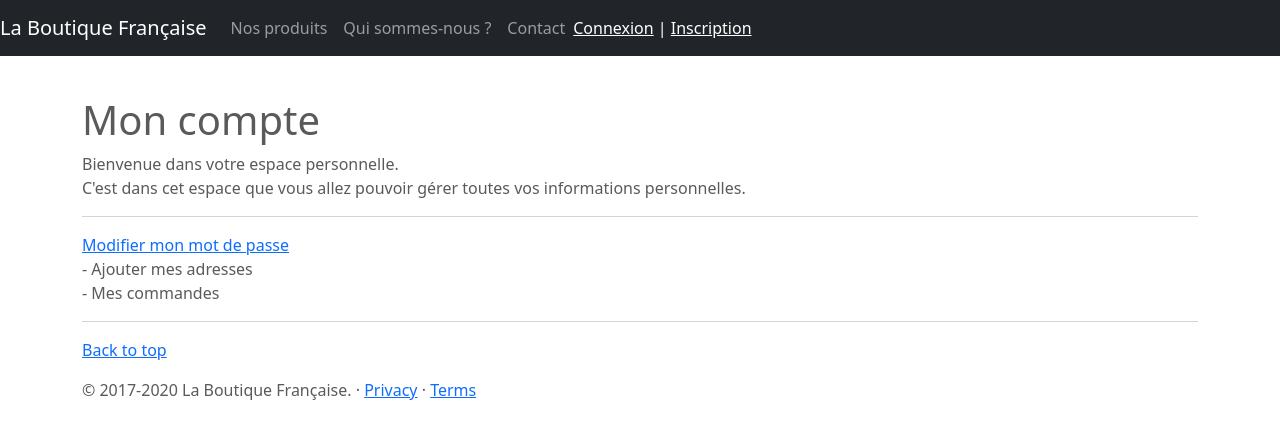
Repository: Coulibaly00180/laboutiquefrancaise
Page: templates/account/index.html.twig
These files come from the project's save history. The page is drawn as it stood at one moment and after the next save; the edit follows.
The browser window is 1280 px wide. The pictures show the whole page.
The page is a Twig template of a Symfony application; nobody is signed in and links lead nowhere. The template is opened directly, without the code that normally fills it, so the values that code supplies are empty.

Above is the page before, as saved 2023-03-03 17:48:07.

### templates/account/index.html.twig
{% extends 'base.html.twig' %}

{% block title %}Mon compte - La Boutique Française{% endblock %}

{% block content %}
    <h1>Mon compte</h1>
    Bienvenue {{ app.user.firstName}} dans votre espace personnelle. <br>
    C'est dans cet espace que vous allez pouvoir gérer toutes vos informations personnelles.<br>
    <hr>
    <a href="{{ path('app_account_password') }}">Modifier mon mot de passe</a> <br>
    -   Ajouter mes adresses<br>
    -   Mes commandes<br>
    <hr>
{% endblock %}

### templates/base.html.twig
<!doctype html>
<html lang="fr">
<head>
    <meta charset="utf-8">
    <meta name="viewport" content="width=device-width, initial-scale=1, shrink-to-fit=no">
    <meta name="description" content="">
    <meta name="author" content="Coulibaly Abdoulaye Christian">
    <meta name="generator" content="Jekyll v4.1.1">
    <title>{% block title %}La Boutique Française - 100% Made in French{% endblock %}</title>

    <!-- Bootstrap core CSS -->
    <link href="{{ asset('assets/css/bootstrap.min.css') }}" rel="stylesheet">
    <link href="{{ asset('assets/css/style.css') }}" rel="stylesheet">

    <style>
        .bd-placeholder-img {
            font-size: 1.125rem;
            text-anchor: middle;
            -webkit-user-select: none;
            -moz-user-select: none;
            -ms-user-select: none;
            user-select: none;
        }

        @media (min-width: 768px) {
            .bd-placeholder-img-lg {
                font-size: 3.5rem;
            }
        }
    </style>
    <!-- Custom styles for this template -->
    <link href="{{ asset('assets/css/carousel.css') }}" rel="stylesheet">
</head>
<body>
    <header>
        <nav class="navbar navbar-expand-md navbar-dark fixed-top bg-dark">
            <a class="navbar-brand" href="{{path('app_home') }}">La Boutique Française</a>
            <button class="navbar-toggler" type="button" data-toggle="collapse" data-target="#navbarCollapse" aria-controls="navbarCollapse" aria-expanded="false" aria-label="Toggle navigation">
                <span class="navbar-toggler-icon"></span>
            </button>
            <div class="collapse navbar-collapse" id="navbarCollapse">
                <ul class="navbar-nav mr-auto">
                    <li class="nav-item active">
                        <a class="nav-link" href="#">Nos produits</a>
                    </li>
                    <li class="nav-item">
                        <a class="nav-link" href="#">Qui sommes-nous ?</a>
                    </li>
                    <li class="nav-item">
                        <a class="nav-link" href="#">Contact</a>
                    </li>
                </ul>

                <div class="navbar-item-custom">
                    {% if app.user %}
                        <a href=" {{path('app_account') }}">Mon compte <small>( {{app.user.lastName}} )</small></a> | <a href=" {{ path('app_logout') }}">Déconnexion</a>
                    {% else %}
                        <a href=" {{ path('app_login') }}">Connexion</a> | <a href="{{ path('app_register') }}">Inscription</a>
                    {% endif %}
                </div>

            </div>
        </nav>
    </header>

    <main role="main">

        {% if block('carousel') is defined %}

        <div id="myCarousel" class="carousel slide" data-ride="carousel">
            <ol class="carousel-indicators">
                <li data-target="#myCarousel" data-slide-to="0" class="active"></li>
                <li data-target="#myCarousel" data-slide-to="1"></li>
                <li data-target="#myCarousel" data-slide-to="2"></li>
            </ol>
            <div class="carousel-inner">
                <div class="carousel-item active">
                    <svg class="bd-placeholder-img" width="100%" height="100%" xmlns="http://www.w3.org/2000/svg" preserveAspectRatio="xMidYMid slice" focusable="false" role="img"><rect width="100%" height="100%" fill="#777"/></svg>
                    <div class="container">
                        <div class="carousel-caption text-left">
                            <h1>Example headline.</h1>
                            <p>Cras justo odio, dapibus ac facilisis in, egestas eget quam. Donec id elit non mi porta gravida at eget metus. Nullam id dolor id nibh ultricies vehicula ut id elit.</p>
                            <p><a class="btn btn-lg btn-primary" href="#" role="button">Sign up today</a></p>
                        </div>
                    </div>
                </div>
                <div class="carousel-item">
                    <svg class="bd-placeholder-img" width="100%" height="100%" xmlns="http://www.w3.org/2000/svg" preserveAspectRatio="xMidYMid slice" focusable="false" role="img"><rect width="100%" height="100%" fill="#777"/></svg>
                    <div class="container">
                        <div class="carousel-caption">
                            <h1>Another example headline.</h1>
                            <p>Cras justo odio, dapibus ac facilisis in, egestas eget quam. Donec id elit non mi porta gravida at eget metus. Nullam id dolor id nibh ultricies vehicula ut id elit.</p>
                            <p><a class="btn btn-lg btn-primary" href="#" role="button">Learn more</a></p>
                        </div>
                    </div>
                </div>
                <div class="carousel-item">
                    <svg class="bd-placeholder-img" width="100%" height="100%" xmlns="http://www.w3.org/2000/svg" preserveAspectRatio="xMidYMid slice" focusable="false" role="img"><rect width="100%" height="100%" fill="#777"/></svg>
                    <div class="container">
                        <div class="carousel-caption text-right">
                            <h1>One more for good measure.</h1>
                            <p>Cras justo odio, dapibus ac facilisis in, egestas eget quam. Donec id elit non mi porta gravida at eget metus. Nullam id dolor id nibh ultricies vehicula ut id elit.</p>
                            <p><a class="btn btn-lg btn-primary" href="#" role="button">Browse gallery</a></p>
                        </div>
                    </div>
                </div>
            </div>
            <a class="carousel-control-prev" href="#myCarousel" role="button" data-slide="prev">
                <span class="carousel-control-prev-icon" aria-hidden="true"></span>
                <span class="sr-only">Previous</span>
            </a>
            <a class="carousel-control-next" href="#myCarousel" role="button" data-slide="next">
                <span class="carousel-control-next-icon" aria-hidden="true"></span>
                <span class="sr-only">Next</span>
            </a>
        </div>

        {% endif %}


        <!-- Marketing messaging and featurettes
        ================================================== -->
        <!-- Wrap the rest of the page in another container to center all the content. -->

        <div class="container marketing {% if block('carousel') is not defined %} mt-5 {% endif %}">

            {% block content %}

            {% endblock %}

        </div><!-- /.container -->

        <!-- FOOTER -->
        <footer class="container">
            <p class="float-right"><a href="#">Back to top</a></p>
            <p>&copy; 2017-2020 La Boutique Française. &middot; <a href="#">Privacy</a> &middot; <a href="#">Terms</a></p>
        </footer>
    </main>
    <script src="https://code.jquery.com/jquery-3.5.1.slim.min.js"></script>
    <script src="{{ asset('assets/js/bootstrap.bundle.js') }}"></script>
</body>
</html>

### public/assets/css/style.css
.navbar-item-custom, .navbar-item-custom a{
    color: #fff;
}

### public/assets/css/carousel.css
/* GLOBAL STYLES
-------------------------------------------------- */
/* Padding below the footer and lighter body text */

body {
    padding-top: 3rem;
    padding-bottom: 3rem;
    color: #5a5a5a;
}


/* CUSTOMIZE THE CAROUSEL
-------------------------------------------------- */

/* Carousel base class */
.carousel {
    margin-bottom: 4rem;
}
/* Since positioning the image, we need to help out the caption */
.carousel-caption {
    bottom: 3rem;
    z-index: 10;
}

/* Declare heights because of positioning of img element */
.carousel-item {
    height: 32rem;
}
.carousel-item > img {
    position: absolute;
    top: 0;
    left: 0;
    min-width: 100%;
    height: 32rem;
}


/* MARKETING CONTENT
-------------------------------------------------- */

/* Center align the text within the three columns below the carousel */
.marketing .col-lg-4 {
    margin-bottom: 1.5rem;
    text-align: center;
}
.marketing h2 {
    font-weight: 400;
}
.marketing .col-lg-4 p {
    margin-right: .75rem;
    margin-left: .75rem;
}


/* Featurettes
------------------------- */

.featurette-divider {
    margin: 5rem 0; /* Space out the Bootstrap <hr> more */
}

/* Thin out the marketing headings */
.featurette-heading {
    font-weight: 300;
    line-height: 1;
    letter-spacing: -.05rem;
}


/* RESPONSIVE CSS
-------------------------------------------------- */

@media (min-width: 40em) {
    /* Bump up size of carousel content */
    .carousel-caption p {
        margin-bottom: 1.25rem;
        font-size: 1.25rem;
        line-height: 1.4;
    }

    .featurette-heading {
        font-size: 50px;
    }
}

@media (min-width: 62em) {
    .featurette-heading {
        margin-top: 7rem;
    }
}

Loaded but not shown: public/assets/css/bootstrap.min.css (library); public/assets/js/bootstrap.bundle.js (library)

After the next save:
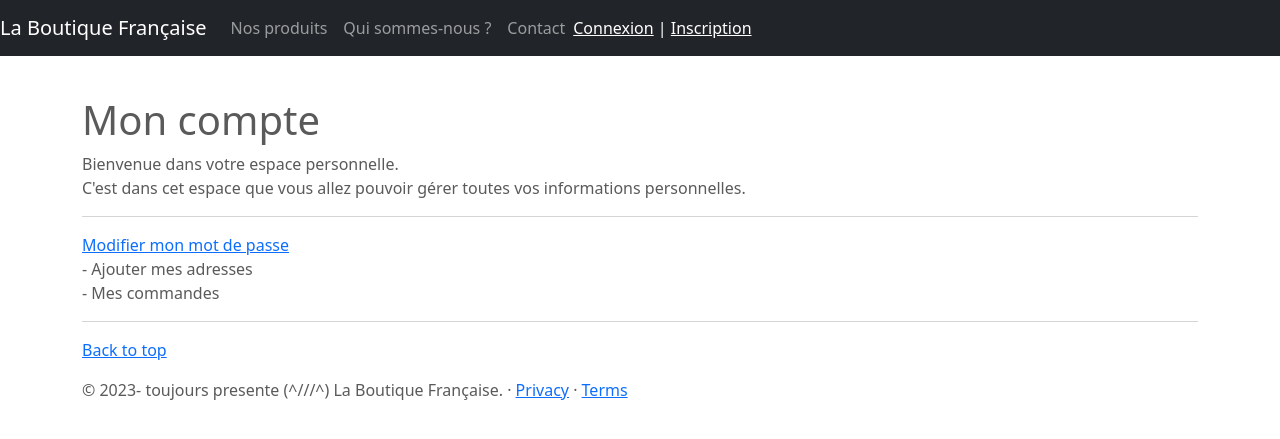
Saved 50 s later.
--- a/templates/base.html.twig
+++ b/templates/base.html.twig
@@ -133,7 +133,7 @@
         <!-- FOOTER -->
         <footer class="container">
             <p class="float-right"><a href="#">Back to top</a></p>
-            <p>&copy; 2017-2020 La Boutique Française. &middot; <a href="#">Privacy</a> &middot; <a href="#">Terms</a></p>
+            <p>&copy; 2023- toujours presente (^///^) La Boutique Française. &middot; <a href="#">Privacy</a> &middot; <a href="#">Terms</a></p>
         </footer>
     </main>
     <script src="https://code.jquery.com/jquery-3.5.1.slim.min.js"></script>
